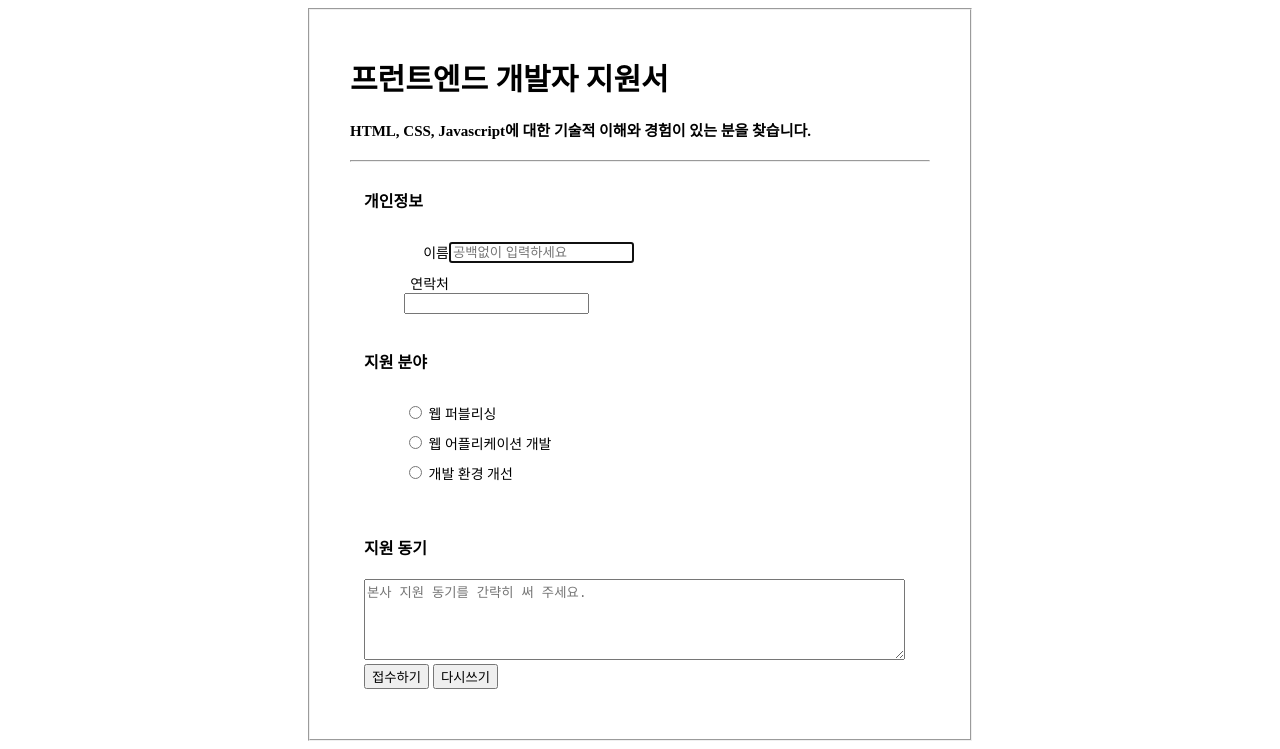
Repository: ygs3004/StudyHTML_CSS
Page: web project 01/src/main/webapp/chapter05/exam05_20.html
An editor plug-in stored every save of this project. The page is shown before and after the next save, followed by the edit.
The browser window is 1280 px wide. The pictures show the whole page.

Above is the page before, as saved 2022-08-09 05:56:25.

After the next save:
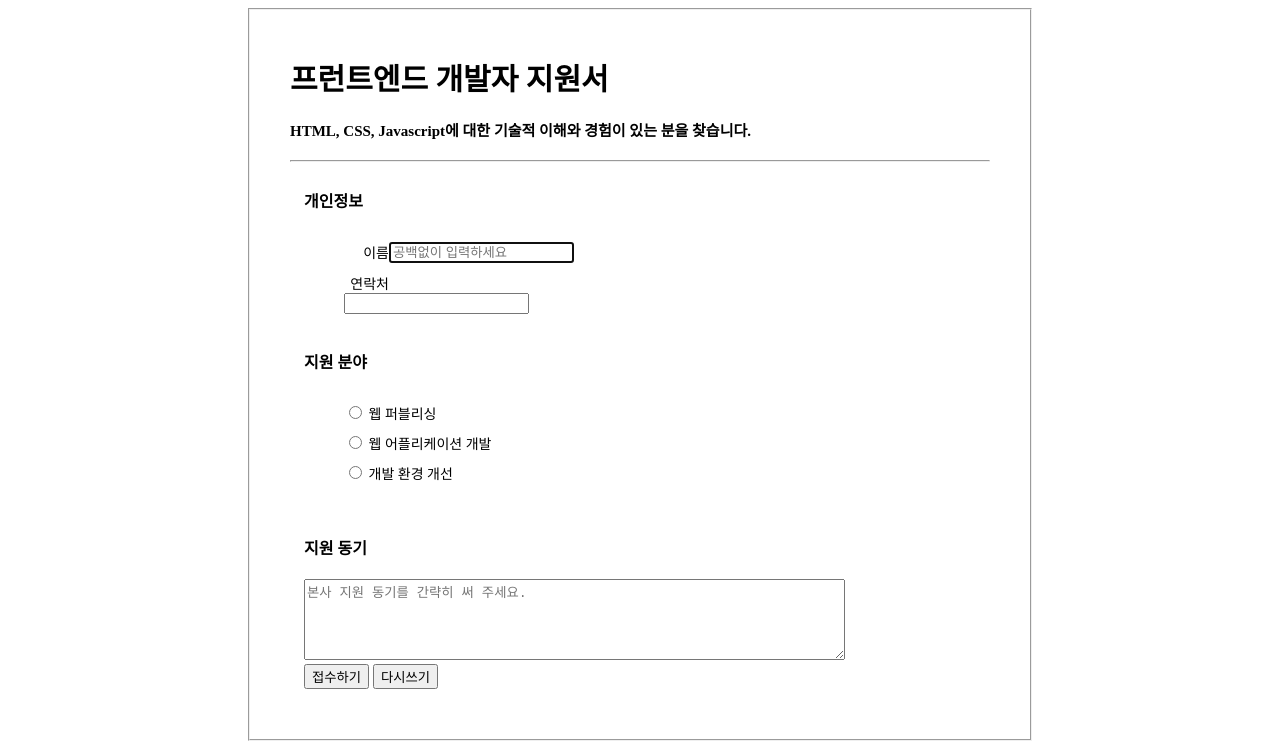
Saved 6 s later.
--- a/web project 01/src/main/webapp/chapter05/exam05_20.html
+++ b/web project 01/src/main/webapp/chapter05/exam05_20.html
@@ -14,7 +14,7 @@
 		margin-top : 30px;
 	}
 	.main{
-		width:580px;
+		width:700px;
 		margin : auto;
 		padding-top: 25px;
 		padding-left: 40px;
